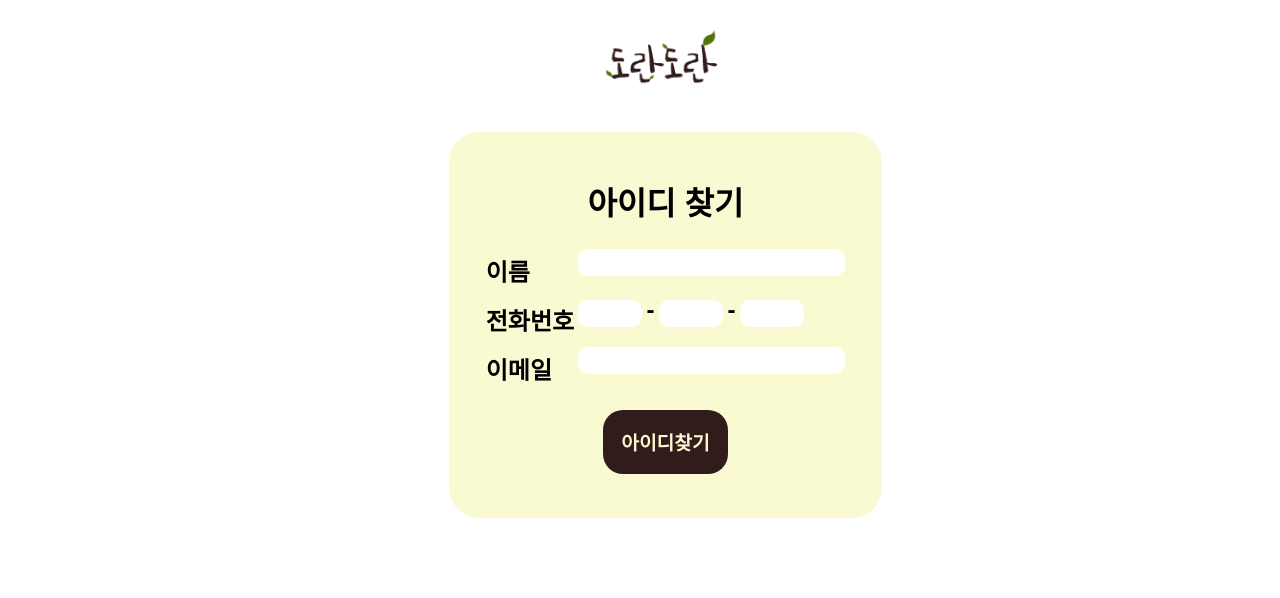
Repository: juhyun110701/DORANDORAN
Page: http://localhost/dorandoran/idforget.jsp
The author's editor kept a copy of each file at every save. The page is drawn from the files as they stood at one save, then again after the next save.
The browser window is 1280 px wide. The pictures show the whole page.
Some web fonts or font styles are not loaded; a fallback is used. The page is served by Tomcat 9. Nobody is signed in. The application's start-up code is not run.

Above is the page before, as saved 2019-07-21 08:24:58.
Console error: TypeError: form.id.focus is not a function

After the next save:
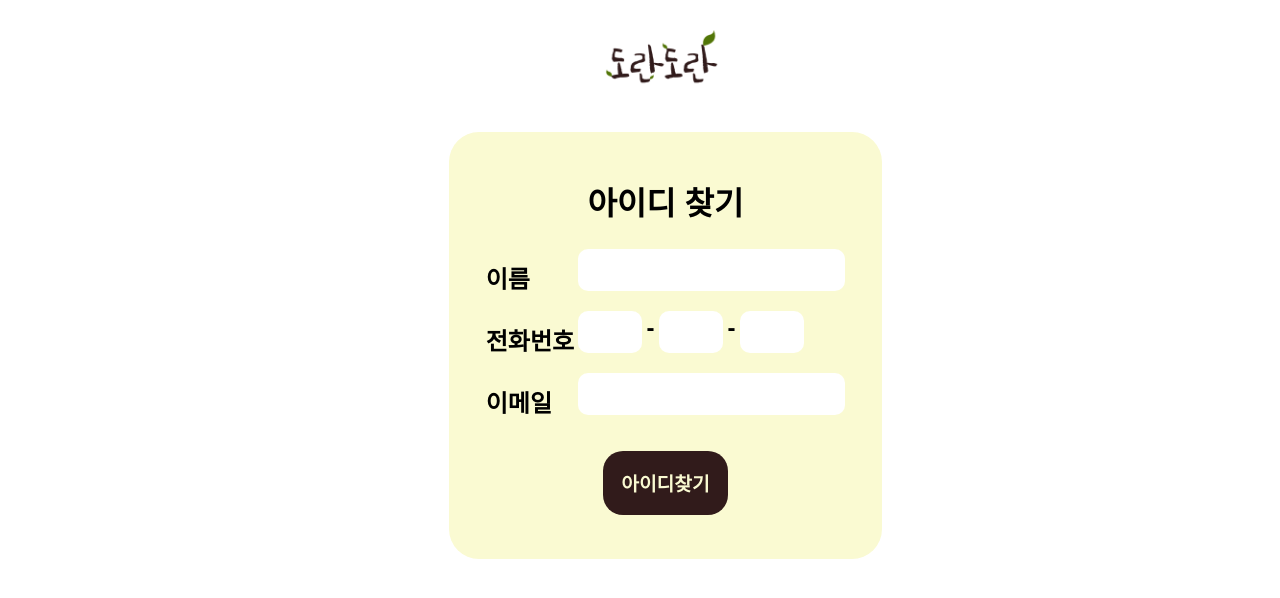
Saved 16 s later.
--- a/dorandoran/WebContent/css/login.css
+++ b/dorandoran/WebContent/css/login.css
@@ -29,7 +29,7 @@
 	border:0;
 	outline:0;
 	padding-left:5px;
-	line-height:25px;
+	line-height:40px;
 }
 
 .btn{
